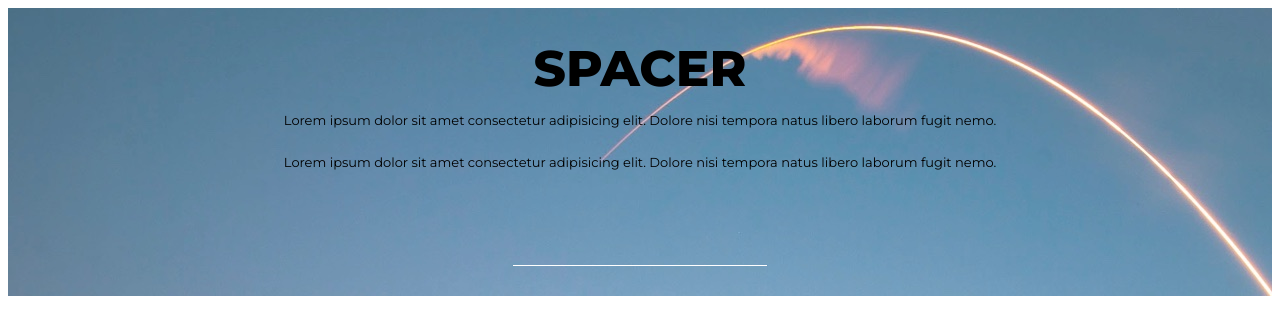
Repository: Trelefele/spacer-roman
Page: /
The author's editor kept a copy of each file at every save. The page is drawn from the files as they stood at one save, then again after the next save.
The browser window is 1280 px wide. The pictures show the whole page.
The project was rebuilt for these pictures with package versions that can differ from the ones it lists, and the page was loaded fresh each time.

Above is the page before, as saved 2019-02-03 19:17:23.

### public/index.html
<!DOCTYPE html>
<html lang="en">
  <head>
    <meta charset="utf-8">
    <meta http-equiv="X-UA-Compatible" content="IE=edge">
    <meta name="viewport" content="width=device-width,initial-scale=1.0">
    <link rel="icon" href="<%= BASE_URL %>favicon.ico">
    <!-- <script src="https://unpkg.com/axios/dist/axios.min.js"></script> -->
    <title>spacer-roman</title>
  </head>
  <body>
    <noscript>
      <strong>We're sorry but spacer-roman doesn't work properly without JavaScript enabled. Please enable it to continue.</strong>
    </noscript>
    <div id="app"></div>
    <!-- built files will be auto injected -->
  </body>
</html>

### src/App.vue
<template>
  <div class="app">
    <router-view/>
  </div>
</template>

<style lang="scss" scoped >
@import url('https://fonts.googleapis.com/css?family=Montserrat:300,400,600,800');

* {
  box-sizing: border-box;
  font-family: 'Montserrat', sans-serif;
}

</style>

### src/router.js
import Vue from 'vue';
import Router from 'vue-router';
// import Claim from './components/Claim.vue';
import Search from './views/Search.vue';
// import SearchInput from './components/SearchInput.vue';


Vue.use(Router);

export default new Router({
//   mode: 'history',
//   base: process.env.BASE_URL,
  routes: [
    {
      path: '/',
      name: 'Search',
      component: Search,
    },
  ],
});

### src/views/Search.vue
<template>
  <div class="searchWrapper">
    <Claim/>
    <SearchInput/>
  </div>
</template>

<script>
import axios from 'axios';
import debounce from 'lodash.debounce';
import Claim from '@/components/Claim.vue';
import SearchInput from '@/components/SearchInput.vue';

const API = 'https://images-api.nasa.gov/search';

export default {
  name: 'Search',
  components: {
    Claim,
    SearchInput,
  },
  data() {
    return {
      searchValue: '',
      results: [],
    };
  },
  methods: {
    // eslint-disable-next-line
    handleInput: debounce(function(){
      axios.get(`${API}?q=${this.searchValue}&media_type=image`)
        .then((response) => {
          // this.results = response.data.collection.items;
          this.results = response.data.collection.items;
        })
        .catch((error) => {
          console.log(error);
        });
    }, 500),
  },
};
</script>

<style lang="scss" scoped>
    .searchWrapper {
        display: flex;
        flex-direction: column;
        align-items: center;
        margin: 0;
        padding: 30px;
        width: 100%;
        background-image: url('../assets/heroimage.jpg');
    }
</style>

### src/components/Claim.vue
<template>
    <div class="claimWrapper">
        <h1 class="claim">SPACER</h1>
        <p class="subclaim">
            Lorem ipsum dolor sit amet consectetur adipisicing elit.
            Dolore nisi tempora natus libero laborum fugit nemo.
        </p>
        <p class="subclaim">
            Lorem ipsum dolor sit amet consectetur adipisicing elit.
            Dolore nisi tempora natus libero laborum fugit nemo.
        </p>
    </div>
</template>

<script>

export default {
  name: 'Claim',
};

</script>

<style lang="scss" scoped>

* {
  box-sizing: border-box;
  -webkit-font-smoothing: antialiased;
  -moz-osx-font-smoothing: grayscale;
}


.claimWrapper{
    display: flex;
    flex-direction: column;
    justify-content: center;
    align-items: center;
}

.claim{
    font-size: 50px;
    margin: 0;
}

.subclaim{
    padding-top:  0 0 0;
    font-size: 13px;
}
</style>

### src/components/SearchInput.vue
<template>
  <input
    id="search"
    name="search"
    :class="{ dark }"
    @input="handleChange"
  />
</template>
<script>
export default {
  name: 'SearchInput',
  props: {
    // value: {
    //   type: String,
    //   required: true,
    // },
    dark: {
      type: Boolean,
      default: false,
    },
  },
  methods: {
    handleChange(e) {
      this.$emit('input', e.target.value);
    },
  },
};
</script>
<style lang="scss" scoped>
  input {
    margin-top: 50px;
    display: flex;
    width: 250px;
    color: white;
    text-align: center;
    font-size: 18px;
    font-weight: 300;
    height: 30px;
    border: 0;
    background: none;
    border-bottom: 1px solid white;
    transition: box-shadow .3s ease-out;

    @media (min-width: 1024px) {
      font-weight: 400;
    }
  }

  input:focus {
    outline: none;
    box-shadow: 0 10px 20px -8px rgba(255,255,255, .5);
  }

  .dark {
    color: #1e3d4a;
    border-bottom-color: #1e3d4a;
  }

  .dark:focus {
    box-shadow: 0 10px 20px -8px rgba(#1e3d4a, .2);
  }
</style>

Loaded but not shown: src/main.js (common file)

After the next save:
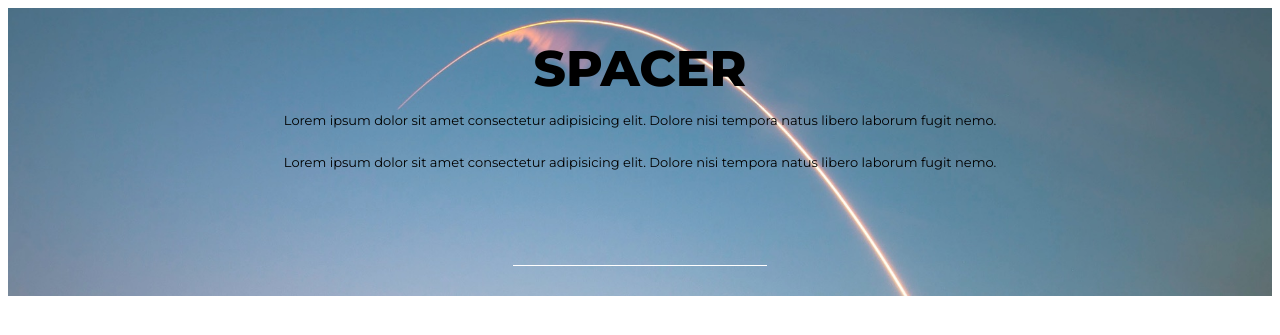
Saved 2 min 39 s later.
--- a/src/views/Search.vue
+++ b/src/views/Search.vue
@@ -50,5 +50,7 @@ export default {
         padding: 30px;
         width: 100%;
         background-image: url('../assets/heroimage.jpg');
+        background-repeat: no-repeat;
+        background-size: cover;
     }
 </style>
